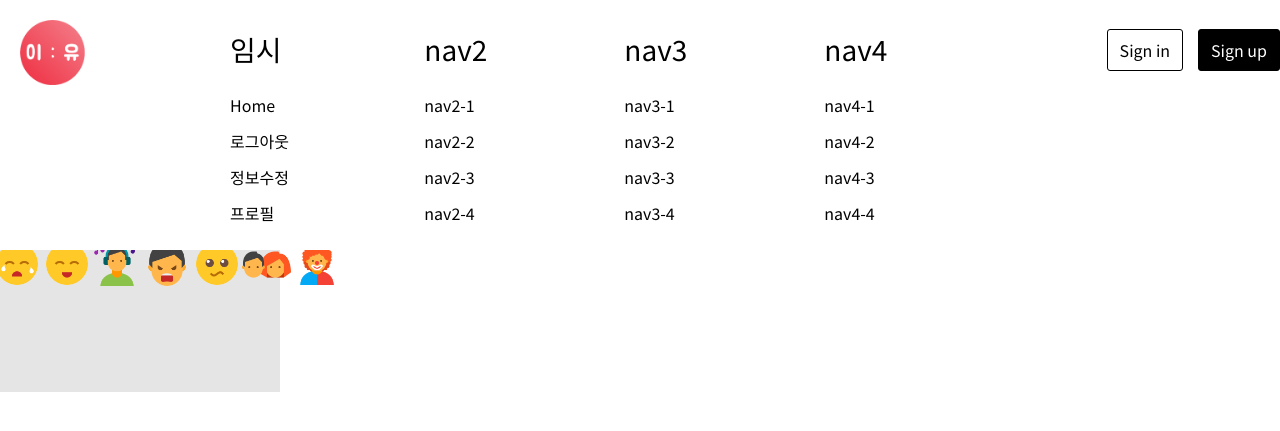
Repository: ryuwc/E_U
Page: /feeling (app in final-pjt-front/)
The author's editor kept a copy of each file at every save. The page is drawn from the files as they stood at one save, then again after the next save.
The browser window is 1280 px wide. The pictures show the whole page.
The page's requests for data from a server got no answer. Some web libraries are served in a nearby version. The project was rebuilt for these pictures with package versions that can differ from the ones it lists, and the page was loaded fresh each time. No one was signed in, and anything a server would have sent is missing. Also part of the build but not shown: final-pjt-front/vue.config.js.

Above is the page before, as saved 2022-11-23 12:02:50.

### final-pjt-front/public/index.html
<!DOCTYPE html>
<html lang="">
  <head>
    <meta charset="utf-8">
    <meta http-equiv="X-UA-Compatible" content="IE=edge">
    <meta name="viewport" content="width=device-width,initial-scale=1.0">
    <link rel="icon" href="<%= BASE_URL %>favicon.ico">
    <title>이:유</title>
    <link href="https://cdn.jsdelivr.net/npm/bootstrap@5.2.0/dist/css/bootstrap.min.css" rel="stylesheet" integrity="sha384-gH2yIJqKdNHPEq0n4Mqa/HGKIhSkIHeL5AyhkYV8i59U5AR6csBvApHHNl/vI1Bx" crossorigin="anonymous">
    <link rel="preconnect" href="https://fonts.googleapis.com">
    <link rel="preconnect" href="https://fonts.gstatic.com" crossorigin>
    <link href="https://fonts.googleapis.com/css2?family=Pacifico&display=swap" rel="stylesheet">

    <!-- 온보딩 -->
    <link rel="preconnect" href="https://fonts.googleapis.com" />
    <link rel="preconnect" href="https://fonts.gstatic.com" crossorigin />
    <link href="https://fonts.googleapis.com/css2?family=Noto+Sans+KR:wght@300;400;500;700&display=swap" rel="stylesheet" />
  </head>
  <body>
    <noscript>
      <strong>We're sorry but <%= htmlWebpackPlugin.options.title %> doesn't work properly without JavaScript enabled. Please enable it to continue.</strong>
    </noscript>
    <div id="app"></div>
    <!-- built files will be auto injected -->
    <script src="https://cdn.jsdelivr.net/npm/bootstrap@5.2.0/dist/js/bootstrap.bundle.min.js" integrity="sha384-A3rJD856KowSb7dwlZdYEkO39Gagi7vIsF0jrRAoQmDKKtQBHUuLZ9AsSv4jD4Xa" crossorigin="anonymous"></script>
    <script src="https://kit.fontawesome.com/703c5975bf.js" crossorigin="anonymous"></script>
  </body>
</html>

### final-pjt-front/src/main.js
import Vue from 'vue'
import App from './App.vue'
import store from './store'
import router from './router'
import './assets/tailwind.css'

Vue.config.productionTip = false

new Vue({
  store,
  router,
  render: h => h(App)
}).$mount('#app')

### final-pjt-front/src/App.vue
<template>
  <div id="app">
    <body>
      <header id="header">
        <div class="header">

          <img src="./image/logo.png"
          style="width: 65px; height: 65px; margin-left: 20px; margin-top: 20px; margin-bottom: 20px;"
          >

          <nav>
            <ul>
              <li>
                <div class="list">
                  <h3 class="nav_text">임시</h3>
                  <div class="hidden_nav_list">
                    <a href="">
                      <router-link  to="/home"><p class="hidden_nav_list_text">Home</p></router-link>
                    </a>
                    <a href="" @click.prevent="logOut">
                      <p class="hidden_nav_list_text">로그아웃</p>
                    </a>
                    <a href="">
                      <router-link to="/edit"><p class="hidden_nav_list_text">정보수정</p></router-link>
                    </a>
                    <a href="">
                      <router-link to="/profile"><p class="hidden_nav_list_text">프로필</p></router-link>
                    </a>
                  </div>
                </div>
              </li>
              <li>
                <div class="list">
                  <h3 class="nav_text">nav2</h3>
                  <div class="hidden_nav_list">
                    <a href="">
                      <p class="hidden_nav_list_text">nav2-1</p>
                    </a>
                    <a href="">
                      <p class="hidden_nav_list_text">nav2-2</p>
                    </a>
                    <a href="">
                      <p class="hidden_nav_list_text">nav2-3</p>
                    </a>
                    <a href="">
                      <p class="hidden_nav_list_text">nav2-4</p>
                    </a>
                  </div>
                </div>
              </li>
              <li>
                <div class="list">
                  <h3 class="nav_text">nav3</h3>
                  <div class="hidden_nav_list">
                    <a href="">
                      <p class="hidden_nav_list_text">nav3-1</p>
                    </a>
                    <a href="">
                      <p class="hidden_nav_list_text">nav3-2</p>
                    </a>
                    <a href="">
                      <p class="hidden_nav_list_text">nav3-3</p>
                    </a>
                    <a href="">
                      <p class="hidden_nav_list_text">nav3-4</p>
                    </a>
                  </div>
                </div>
              </li>
              <li>
                <div class="list">
                  <h3 class="nav_text">nav4</h3>
                  <div class="hidden_nav_list">
                    <a href="">
                      <p class="hidden_nav_list_text">nav4-1</p>
                    </a>
                    <a href="">
                      <p class="hidden_nav_list_text">nav4-2</p>
                    </a>
                    <a href="">
                      <p class="hidden_nav_list_text">nav4-3</p>
                    </a>
                    <a href="">
                      <p class="hidden_nav_list_text">nav4-4</p>
                    </a>
                  </div>
                </div>
              </li>
            </ul>
          </nav>

          <div class="header_button_group">
            <router-link v-if="!isLogin" to="/login"><button class="header_button_signin" style="color: black;">Sign in</button></router-link>
            <router-link v-if="!isLogin" to="/signup"><button class="header_button_signup">Sign up</button></router-link>
          </div>
        </div>
      </header>
    </body>


    <!-- 임시로 사용한 네브바 -->
    <!-- <nav>
      <router-link  to="/home">| Home |</router-link>
      <router-link v-if="!isLogin" to="/signup">| Sign Up |</router-link>
      <router-link v-if="!isLogin" to="/login">Login |</router-link>
      <button v-if="isLogin" @click="logOut">로그아웃 |</button>
      <router-link v-if="isLogin" to="/edit">정보수정</router-link> |
      <router-link v-if="isLogin" to="/profile">Profile |</router-link>
      <router-link to="/practice">연습</router-link> |
    </nav> -->

    <router-view />
  </div>
</template>

<script>
import { mapActions, mapGetters } from 'vuex';

const moviesStore = 'moviesStore';

export default {
  name: 'App',

  data() {
    return {
      header: null,
      logo: null,
      navText: null,
      hiddenNavText: null,
      headerBtnSignin: null,
    };
  },
  methods: {
    ...mapActions('accountsStore', ['logOut']),
    ...mapActions(moviesStore, ['getMovies']),
    ...mapActions(moviesStore, ['getNowMovies']),
    getId: (id) => {
      return document.getElementById(id);
    },
    getClass: (className) => {
      return document.getElementsByClassName(className);
    },
    test() {
      return console.log(this.getId('header'));
    },
    handleHoverHeader() {
      this.header.style.backgroundColor = '#fff';
      this.header.style.height = '250px';
      // if (this.headerBtnSignin) {
      //   this.headerBtnSignin[0].style.color = '#000';
      // }
      // this.logo.src = 'https://e7.pngegg.com/pngimages/941/692/png-clipart-black-small-apple-logo-logo-material-apple-logo.png';
      Object.values(this.navText).map((text) => (text.style.color = '#000'));
      Object.values(this.hiddenNavText).map((text) => {
        text.style.display = 'block';
        text.style.color = '#000';
      });
    },
    handleLeaveHeader() {
      this.header.style.backgroundColor = 'rgba(0,0,0,0)';
      this.header.style.height = '100px';
      // if (this.headerBtnSignin) {
      //   this.headerBtnSignin[0].style.color = '#fff';
      // }
      // this.logo.src = 'https://e7.pngegg.com/pngimages/941/692/png-clipart-black-small-apple-logo-logo-material-apple-logo.png';
      Object.values(this.navText).map((text) => (text.style.color = '#fff'));
      Object.values(this.hiddenNavText).map((text) => {
        text.style.display = 'none';
        text.style.color = '#000';
      });
    },
    main: () => {
      // header = this.getId('header');
    },
  },
  computed: {
    ...mapGetters('accountsStore', ['isLogin']),
    ...mapGetters('accountsStore', ['nickname']),
  },
  created() {
    this.getMovies(), this.getNowMovies();
  },
  mounted() {
    this.header = this.getId('header');
    this.logo = this.getId('logo');
    this.navText = this.getClass('nav_text');
    this.hiddenNavText = this.getClass('hidden_nav_list_text');
    this.headerBtnSignin = this.getClass('header_button_signin');
    // console.log(this.header);
    this.header.addEventListener('mouseover', this.handleHoverHeader);
    this.header.addEventListener('mouseleave', this.handleLeaveHeader);
  },
};
</script>


<style scoped>

body {
  margin: 0;
  padding: 0;
  width: 100%;
  height: 100%;
  background-color: white;
  color: white;
  font-family: 'Noto Sans KR', sans-serif;
}

body::-webkit-scrollbar {
  display: none;
}

h1,
h2,
h3,
h4,
h5,
h6,
ul,
li,
p {
  margin: 0;
  padding: 0;
}

ul {
  display: flex;
  height: 100%;
  list-style-type: none;
  color: inherit;
}

li {
  display: flex;
  justify-content: center;
  align-items: center;
  width: 120px;
  height: 100%;
  text-align: center;
  margin-right: 80px;
}

a {
  text-decoration: none;
  color: inherit;
}

button {
  background-color: #000;
  padding: 8px 12px;
  border: 1px solid #000;
  cursor: pointer;
  border-radius: 3px;
  color: white;
  height: fit-content;
}

button:hover {
  transform: scale(1.05);
}

button:active {
  transform: scale(0.97);
}

header {
  position: absolute;
  top: 0;
  width: 100%;
  /* height: 300px; */
  height: 100px;
  transition: 0.2s ease-in-out;
  z-index: 100;
  background-color: rgba(0, 0, 0, 0);
  overflow: hidden;
}

#header {
  display: flex;
  justify-content: center;
}

.header {
  display: flex;
  justify-content: space-between;
  width: 1280px;
  height: 100px;
}

.header_wrapper {
  display: flex;
  justify-content: space-between;
  /* width: 1280px; */
}

.logo {
  display: flex;
  align-items: center;
  width: 100px;
  height: 100px;
}

.logo img {
  width: 100%;
}

.header_button_group {
  display: flex;
  align-items: center;
  height: 100%;
}

.header_button_signin {
  margin-right: 15px;
  background-color: transparent;
}

.list {
  position: relative;
}

.hidden_nav_list {
  position: absolute;
  top: 60px;
  left: 0;
  width: 120px;
  text-align: left;
}

.hidden_nav_list p {
  margin-bottom: 12px;
  cursor: pointer;
}

.section {
  position: relative;
  width: 100vw;
  height: 100vh;
  transition: all 700ms ease 0s;
}

.section_text {
  position: absolute;
  display: flex;
  justify-content: center;
  width: 100vw;
  z-index: 2;
  top: 150px;
}

.section_header {
  top: 200px;
}

.section_text div {
  width: 1280px;
}

.section_text h2 {
  font-size: 64px;
  text-shadow: 2px 2px 2px #000;
}

.img {
  position: absolute;
  width: 100%;
  height: 100vh;
}

.img img {
  width: 100%;
  height: 100vh;
}

.more_btn {
  top: unset;
  bottom: 100px;
}

.more_btn button {
  width: 200px;
  height: 40px;
  background-color: #eee;
  border: 1px solid #000;
  color: #000;
  border: none;
  box-shadow: 2px 2px 5px rgba(0, 0, 0, 0.5);
}

#section_1_title,
#section_2_title,
#section_3_title,
#section_4_title,
#section_5_title,
#section_6_title {
  opacity: 0;
  transition: 0.5s ease-in-out;
  transition-delay: 0.5s;
  margin-left: 100px;
}

#section_6_btn {
  opacity: 0;
  transition: 0.5s ease-in-out;
  transition-delay: 0.5s;
  transform: translateY(100px);
}

#section_1_title {
  margin-left: 0;
}

.balls {
  width: 10em;
  display: flex;
  flex-flow: row nowrap;
  align-items: center;
  justify-content: space-between;
}

.balls div {
  width: 3em;
  height: 3em;
  border-radius: 50%;
  background-color: #fc2f70;
  transform: translateY(-100%);
  animation: wave 3s ease-in-out alternate infinite;
}

.balls div:nth-of-type(1) {
  animation-delay: -0.4s;
}

.balls div:nth-of-type(2) {
  animation-delay: -0.2s;
}
.balls div:nth-of-type(3) {
  animation-delay: -0.1s;
}

@keyframes wave {
  from {
    transform: translateY(-50%);
  }
  to {
    transform: translateY(50%);
  }
}

</style>

### final-pjt-front/src/store/index.js
import Vue from 'vue'
import Vuex from 'vuex'
import accountsStore from './modules/accountsStore'
import moviesStore from './modules/moviesStore';
import createPersistedState from "vuex-persistedstate";
import VuexPersistence from 'vuex-persistedstate'

Vue.use(Vuex)

const vuexLocal = new VuexPersistence({
  storage: window.localStorage,
  modules: ['accountsStore'],
})

export default new Vuex.Store({
  plugins: [createPersistedState()],

  state: {
  },
  getters: {
  },
  mutations: {
  },
  actions: {
  },
  modules: {
    accountsStore: accountsStore,
    moviesStore: moviesStore,
    plugins: [vuexLocal.plugin],
  }
})

### final-pjt-front/src/router/index.js
import Vue from 'vue'
import VueRouter from 'vue-router'

Vue.use(VueRouter)

const routes = [
  {
    path: '/signup',
    name: 'SignView',
    component: () => import('../views/accounts/SignUpView.vue')
  },
  {
    path: '/login',
    name: 'LoginView',
    component: () => import('../views/accounts/LoginView.vue'),

  //   beforeEnter(to, from, next) {
  //     // 이미 로그인 되어있는 경우
  //     this.$store.getters[accountsStore + "/i"] ? next({ name: "home" }) : next();
  //     to, from, next;
  //     console.log();
  //     // if (localStorage.getItem('token')) {
  //     //   // 메인 페이지로 이동
  //     //   next({ name: 'main' });
  //     // } else {
  //     //   next();
  //     // }
  //   }
  },
  {
    path: '/edit',
    name: 'EditUserView',
    component: () => import('../views/accounts/EditUserView.vue')
  },
  {
    path: '/profile/:id',
    name: 'ProfileView',
    component: () => import('../views/accounts/ProfileView.vue')
  },
  // {
  //   path: '/',
  //   name: 'IntroPageView',
  //   component: () => import('../views/movies/IntroPageView.vue')
  // },
  {
    path: '/home',
    name: 'MovieView',
    component: () => import('../views/movies/MovieView.vue')
  },
  {
    path: '/practice',
    name: 'PracticeView',
    component: () => import('../views/accounts/PracticeView.vue')
  },
  {
    path: '/test',
    name: 'TestView',
    component: () => import('../views/accounts/TestView.vue')
  },
  {
    path: '/choice',
    name: 'ChoiceMovieView',
    component: () => import('../views/accounts/ChoiceMovieView.vue')
  },
  {
    path: '/random',
    name: 'RandomMovieView',
    component: () => import('../views/movies/RandomMovieView.vue')
  },
  {
    path: '/feeling',
    name: 'FeelingMovieView',
    component: () => import('../views/movies/FeelingMovieView.vue')
  },
  {
    path: '/movies/:id',
    name: 'MovieDetailInfoView',
    component: () => import('../views/movies/MovieDetailInfoView.vue')
  },
  {
    path: '/',
    name: 'onBoardingView',
    component: () => import('../views/onBoardingView.vue')
  },
  {
    path: '/test2',
    name: 'TestTwoView',
    component: () => import('../views/TestTwoView.vue')
  },
  {
    path: '/test3',
    name: 'TestThree',
    component: () => import('../views/testThree.vue')
  },
  {
    path: '/maintest',
    name: 'MainTest',
    component: () => import('../views/MainTest.vue')
  },
  {
    path: '*',
    name: 'NotPound404View',
    component: () => import('../views/NotPound404View.vue')
  },
]

const router = new VueRouter({
  mode: 'history',
  base: process.env.BASE_URL,
  routes
})

// 로컬스토리지에서 토큰 가져오기
// console.log(JSON.parse(localStorage.getItem("vuex")).accountsStore.token);


// // 전역 가드
// router.beforeEach((to, from, next) => {
//   // 로그인 되어 있는지 확인 (위의 방법 확인)
//   const isLogin = JSON.parse(localStorage.getItem("vuex")).accountsStore.token ? true : false;
//   // 로그인이 필요한 페이지
//   const authPages = ['EditUserView', 'profile'];
//   // 앞으로 이동할 페이지(to)가 로그인이 필요한 페이지에 속하는지 확인
//   const authRequired = authPages.includes(to.name);
//   // 로그인이 필요한 페이지에 로그인이 되어 있지 않으면 로그인 페이지로 이동
//   if (authRequired && !isLogin) {
//     next('/login');
//     // 로그인이 필요 없는 페이지에 로그인이 되어 있으면 메인 페이지로 이동
//   } else{
//     next();
//   }
// })

export default router

### final-pjt-front/src/store/modules/accountsStore.js
import axios from "axios";
import router from "@/router";

const API_URL = "http://127.0.0.1:8000";

const accountsStore = {
  namespaced: true,
  state: {
    token: "",
    user: {},
    usernames: [],
  },
  getters: {
    authHead: (state) => ({ Authorization: `Token ${state.token}` }),
    user: (state) => state.user,
    username: (state) => state.user.username,
    nickname: (state) => state.user.nickname || state.user.username,
    isLogin: (state) => state.token ? true : false,
    usernames: (state) => state.usernames,

  },
  mutations: {
    SET_TOKEN: (state, token) => ( state.token = token ),
    SET_USER: (state, user) => (state.user = user),
  },
  actions: {
    test() {
      console.log("test");
    },
    getUserInfo({ commit, getters }, username) {
      axios({
        method: "get",
        url: `${API_URL}/accounts/profile/${username}`,
        headers: getters.authHead,
      })
        .then((res) => {
          console.log(res.data);
          commit("SET_USER", res.data);
        })
        .catch((err) => {
          console.log(err);
        });
    },

    signUp({ state }, user) {
      // console.log("sign up");
      // console.log(user);
      let signUpuser = {
        username: user.username,
        nickname: user.nickname,
        password1: user.password1,
        password2: user.password2,
      };
      if (!user.nickname) {
        signUpuser = {
          username: user.username,
          password1: user.password1,
          password2: user.password2,
        };
      }
      // console.log(signUpuser);
      axios({
        method: "post",
        url: "http://127.0.0.1:8000/accounts/signup/",
        data: { ...signUpuser },
      })
        .then((res) => {
          res
          state.usernames.push(user.username);
          router.push({ name: "LoginView" });
        })
        .catch((err) => {
          console.log(err);
        });
    },
    login({ commit, dispatch }, user) {
        // console.log(user);
        axios({
          method: 'post',
          url: `${API_URL}/accounts/login/`,
          data: { ...user },
        })
        .then(res => {
          // console.log(res);
          commit('SET_TOKEN', res.data.key);
          dispatch('getUserInfo', user.username);
        })
        .catch((err) => {
          console.log(err);
        });
      },
      logOut({ commit, getters }) {
        // console.log("logout", getters.authHead);
        axios({
          method: 'post',
          url: `${API_URL}/accounts/logout/`,
          headers: getters.authHead,
        })
        .then(res => {
          console.log(res);
          commit('SET_TOKEN', '');
          commit('SET_USER', {});
        })
        .catch(err => {
          console.log(err);
        })
      },
      editUserInfo({ dispatch, commit, getters }, user) {
        // console.log(user);
        commit
        user
        const userOrigin = getters.user;
        // console.log(userOrigin);
        const userNew = { ...userOrigin, ...user };
        // console.log(userNew);
        // console.log(getters.authHead);
        axios({
          method: 'put',
          url: `${API_URL}/accounts/profile/${getters.username}/`,
          data: { ...userNew },
          headers: getters.authHead,
        })
        .then(res => {
          console.log(res);
          // commit('SET_USER', res.data);
          dispatch('getUserInfo', res.data.username);
        })
      },
      editPassword({ getters }, password) {
        // console.log(password);
        axios({
          method: 'post',
          url: `${API_URL}/accounts/password/change/`,
          headers: getters.authHead,
          data: { ...password },
        })
        .then(() => {
          alert('비밀번호 변경에 성공했습니다.');
        })
        .catch(err => {
          console.log(err);
        })
      },
  }
}

export default accountsStore

### final-pjt-front/src/views/movies/FeelingMovieView.vue
<template>
  <body style="margin-top: 7rem; top: 0;">
    <div class="menu">
      <div class="toggle" @click="toggle"><img style="margin-left: 3px; height: 50px; width: 50px;" src="data:[embedded picture, 4190 characters]"></div>
      <li style="--i:0;--clr:#fff;">
        <a href="#">
          <img style="width: 50px; height: 50px;" src="data:[embedded picture, 3262 characters]">
        </a>
      </li>
      <li style="--i:1;--clr:#fff;">
        <a href="#"><img style="width: 50px; height: 50px;" src="data:[embedded picture, 2894 characters]"></a>
      </li>
      <li style="--i:2;--clr:#fff;">
        <a href="#"><img style="width: 50px; height: 50px;" src="data:[embedded picture, 4482 characters]"></a>
      </li>
      <li style="--i:3;--clr:#fff;">
        <a href="#"><img style="width: 50px; height: 50px;" src="data:[embedded picture, 3890 characters]"></a>
      </li>
      <li style="--i:4;--clr:#fff;">
        <a href="#"><img style="width: 50px; height: 50px;" src="data:[embedded picture, 3314 characters]"></a>
      </li>
      <li style="--i:5;--clr:#fff;">
        <a href="#"><img style="width: 50px; height: 50px;" src="data:[embedded picture, 3470 characters]"></a>
      </li>
      <li style="--i:6;--clr:#fff;">
        <a href="#"><img style="width: 50px; height: 50px;" src="data:[embedded picture, 4218 characters]"></a>
      </li>
    </div>
  </body>
</template>

<script>
export default {
  name: 'FeelingMovieView',

  data() {
    return {

    };
  },

  mounted() {

  },

  methods: {
    toggle() {
      const menu = document.querySelector('.menu');
      menu.classList.toggle('active');
    }
  },
};
</script>

<style scoped>
.menu {
  position: relative;
  width: 280px;
  height: 280px;
  background: rgba(0, 0, 0, 0.1);
  display: flex;
  justify-content: center;
  align-items: center;
}

.menu .toggle {
  position: relative;
  width: 60px;
  height: 60px;
  background: #fff;
  border-radius: 50%;
  box-shadow: 0 3px 4px rgba(0, 0, 0, 0.15);
  display: flex;
  justify-content: center;
  align-items: center;
  cursor: pointer;
  transition: 1.25s;
}

.menu.active .toggle {
  transform: rotate(360deg);
  box-shadow: 0, 6px, 6px, rgba(0, 0, 0, 0.15), 0 0 0 2px #333, 0 0 0 8px #fff
}

</style>

### final-pjt-front/tailwind.config.js
/** @type {import('tailwindcss').Config} */
module.exports = {
  corePlugins: {
    preflight: false,
  },
  content: [
      './src/views/accounts/*.{vue,js,ts,jsx,tsx}',
      './src/views/movies/MovieDetailInfoView.vue',
      './src/views/NotPound404View.vue',
      './src/components/ReviewCandi1.vue',
      './src/views/TestTwoView.vue',
      // './src/components/MoviveCard.vue',
      './src/components/PosterSlider.vue',
      './src/components/MovieClip.vue',
      './src/components/MovieDetailR.vue',
    ],
  theme: {
    extend: {},
  },
  plugins: [],
}

Loaded but not shown: final-pjt-front/src/assets/tailwind.css (common file); final-pjt-front/src/store/modules/moviesStore.js (237 lines, source omitted)

After the next save:
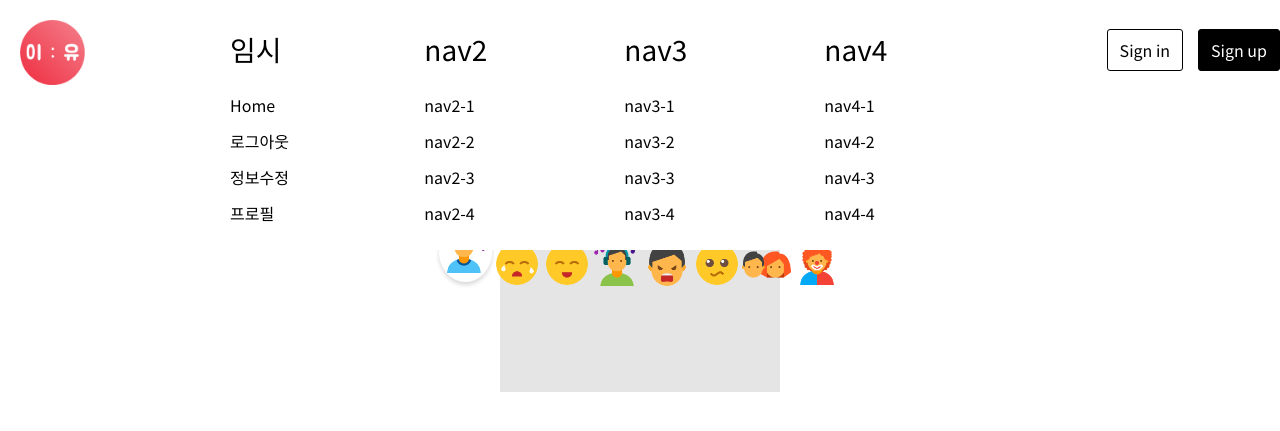
Saved 52 s later.
--- a/final-pjt-front/src/views/movies/FeelingMovieView.vue
+++ b/final-pjt-front/src/views/movies/FeelingMovieView.vue
@@ -61,6 +61,8 @@ export default {
   display: flex;
   justify-content: center;
   align-items: center;
+  margin-left: auto;
+  margin-right: auto;
 }
 
 .menu .toggle {
